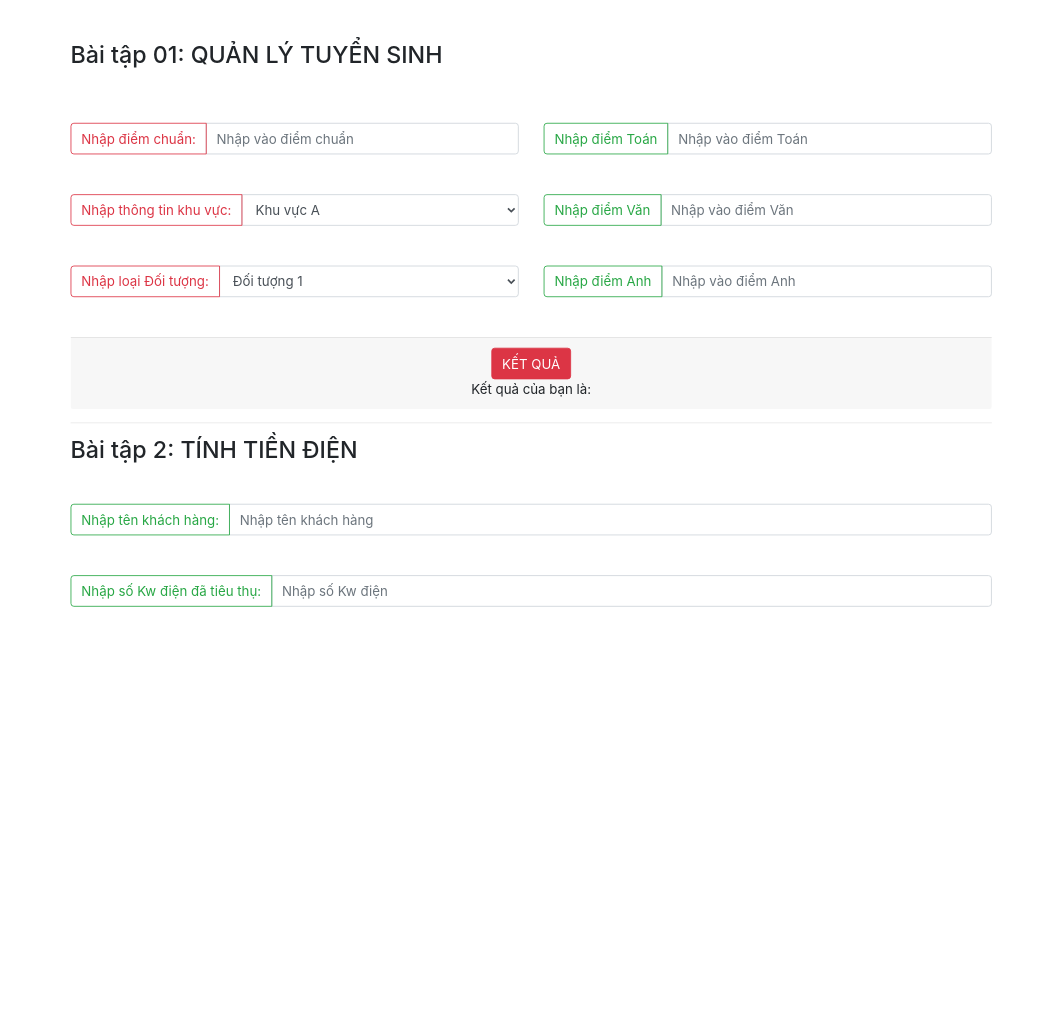
Repository: ducdatit2002/javascript-tinh-day15
Page: index.html
These files come from the project's save history. The page is drawn as it stood at one moment and after the next save; the edit follows.
The browser window is 1280 px wide. The pictures show the whole page, at 83% of full size.

Above is the page before, as saved 2023-08-20 19:29:47.

After the next save:
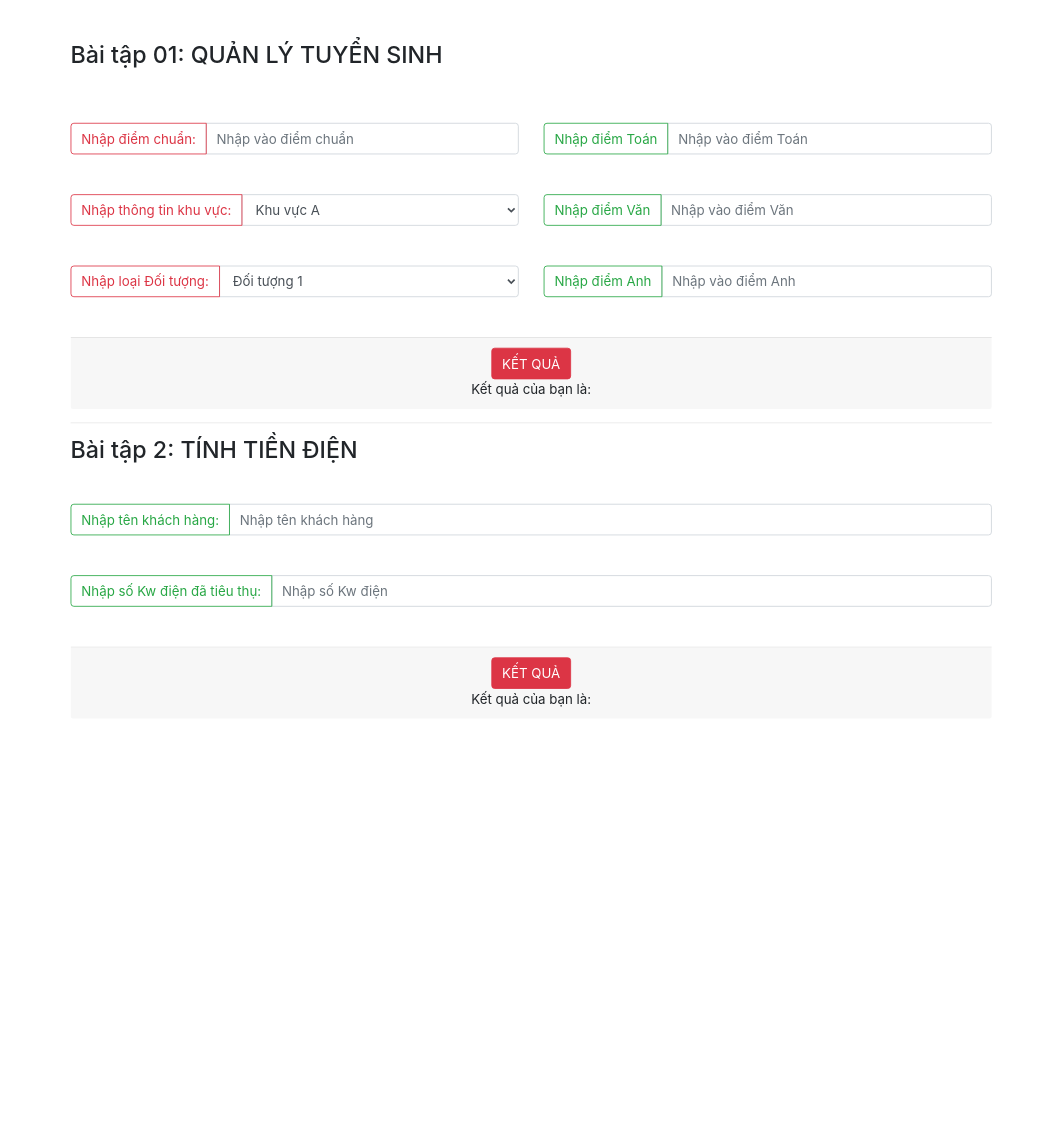
Saved 25 s later.
--- a/index.html
+++ b/index.html
@@ -128,6 +128,11 @@
             id="SoKwTieuThu"
             placeholder="Nhập số Kw điện"/>
         </div>
+        <div class="card-footer text-center mt-5">
+          <button id="btnKetQua" class="btn btn-danger">KẾT QUẢ</button>
+          <br />
+          <span id="ketQua" class="mt-2 display-5">Kết quả của bạn là: </span>
+        </div>
       </div>
     </div>
     <!-- Optional JavaScript -->
